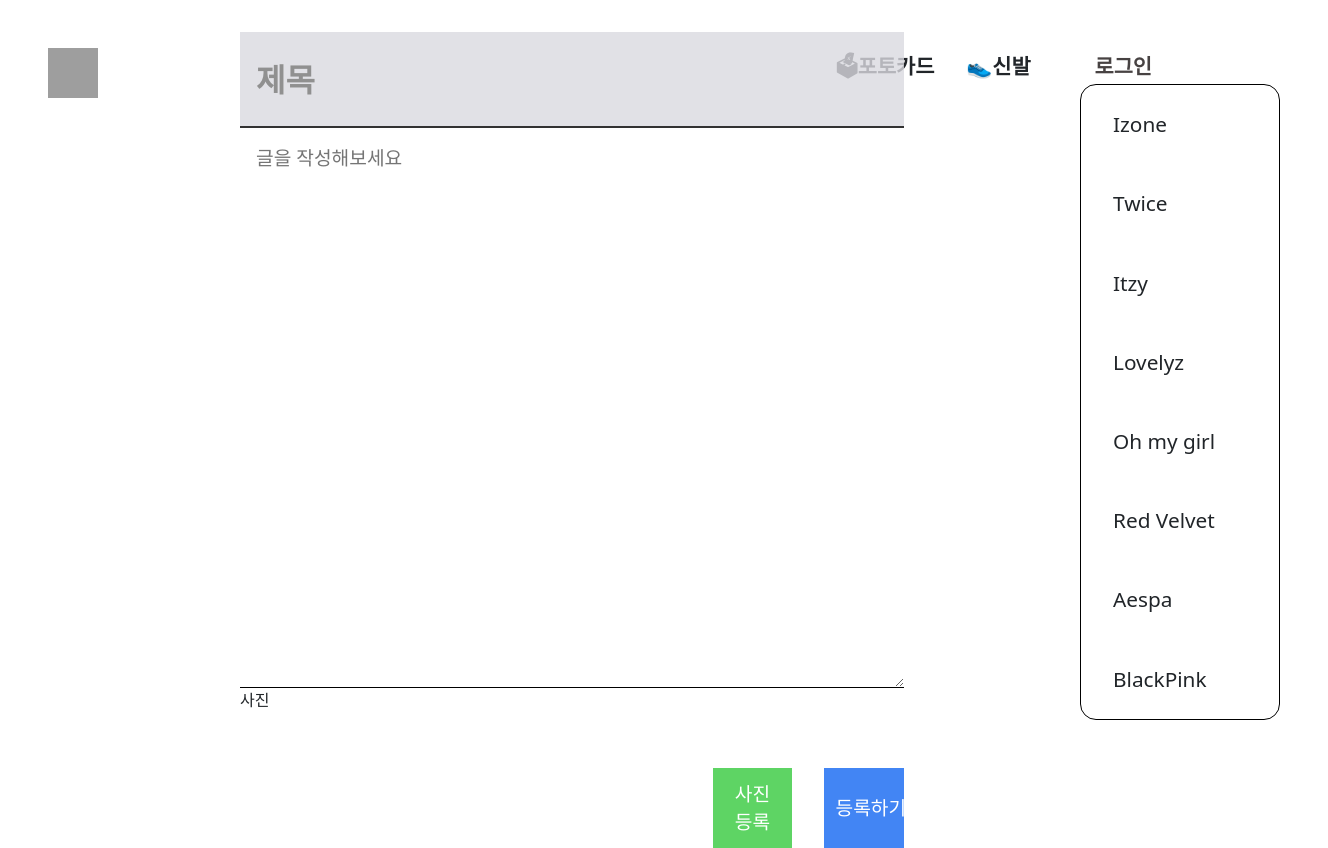
Repository: hwangstar156/goods-trader
Page: /write
These files come from the project's save history. The page is drawn as it stood at one moment and after the next save; the edit follows.
The browser window is 1280 px wide. The page is 1328 px wide, so the pictures cover 1328 px, including what lies to the right of the window. The pictures show the whole page.
Pictures or frames that could not be fetched are drawn as grey boxes. Some web libraries are served in a nearby version. The project was rebuilt for these pictures with package versions that can differ from the ones it lists, and the page was loaded fresh each time. Also part of the build but not shown: src/App.css, src/component/sign-up/sign-up.component.jsx, src/component/sign-in/sign-in.styles.scss, src/component/sign-in/sign-in.component.jsx, src/component/with-spinner/withSpinner.styles.scss, src/component/with-spinner/withSpinner.component.jsx, src/pages/userprofile/userprofile.styles.scss, src/pages/userprofile/userprofile.pages.jsx and 6 more.

Above is the page before, as saved 2021-09-05 20:40:59.

### public/index.html
<!DOCTYPE html>
<html lang="en">
  <head>
    <meta charset="utf-8" />
    <link rel="icon" href="%PUBLIC_URL%/favicon.ico" />
    <meta name="viewport" content="width=device-width, initial-scale=1" />
    <meta name="theme-color" content="#000000" />
    <meta
      name="description"
      content="Web site created using create-react-app"
    />
    <link rel="apple-touch-icon" href="%PUBLIC_URL%/logo192.png" />

    <link rel="manifest" href="%PUBLIC_URL%/manifest.json" />
    <script src="https://kit.fontawesome.com/08c91e1c0e.js" crossorigin="anonymous"></script>
    <title>Goods trader</title>
  </head>
  <body>
    <div id="root"></div>
  </body>
</html>

### src/index.js
import React from "react";
import ReactDOM from "react-dom";
import "./index.css";
import App from "./App";
import reportWebVitals from "./reportWebVitals";
import { BrowserRouter } from "react-router-dom";
import { PersistGate } from "redux-persist/integration/react";
import { store, persistor } from "./redux/store";
import { Provider } from "react-redux";
import "bootstrap/dist/css/bootstrap.min.css";
ReactDOM.render(
  <Provider store={store}>
    <BrowserRouter>
      <PersistGate persistor={persistor}>
        <App />
      </PersistGate>
    </BrowserRouter>
  </Provider>,

  document.getElementById("root")
);

// If you want to start measuring performance in your app, pass a function
// to log results (for example: reportWebVitals(console.log))
// or send to an analytics endpoint. Learn more: https://bit.ly/CRA-vitals
reportWebVitals();

### src/App.js
import "./App.css";
import { Switch, Route, Redirect } from "react-router-dom";
import SignUpPage from "./component/sign-up/sign-up.component";
import SignInPage from "./component/sign-in/sign-in.component";
import UserProfileContainer from "./pages/userprofile/userprofile.container";
import React, { useEffect } from "react";
import Header from "./component/header/header.component";
import HomePage from "./pages/homepage.component";
import { useDispatch, useSelector } from "react-redux";
import { selectCurrentUser } from "./redux/user/user.selector";
import { checkUserSession } from "./redux/user/user.action";
import WritePage from "./pages/write/write.pages";
const App = () => {
  const currentUser = useSelector(selectCurrentUser);
  const dispatch = useDispatch();

  useEffect(() => {
    dispatch(checkUserSession());
  }, [dispatch]);
  return (
    <>
      <Header />
      <Switch>
        <Route exact path="/" render={() => <HomePage />} />
        <Route exact path="/signup" component={SignUpPage} />
        <Route
          exact
          path="/signin"
          render={() => (currentUser ? <Redirect to="/" /> : <SignInPage />)}
        />
        <Route exact path="/profile" component={UserProfileContainer}></Route>
        <Route exact path="/write" component={WritePage}></Route>
      </Switch>
    </>
  );
};

export default App;

### src/redux/store.js
import { createStore, applyMiddleware } from "redux";
import logger from "redux-logger";
import { persistStore } from "redux-persist";
import rootReducer from "./root-redux";
import { composeWithDevTools } from "redux-devtools-extension";
import createSagaMiddleware from "redux-saga";
import rootSaga from "./root-saga";

const sagaMiddleware = createSagaMiddleware();
const middlewares = [logger, sagaMiddleware];

const store = createStore(
  rootReducer,
  composeWithDevTools(applyMiddleware(...middlewares))
);
sagaMiddleware.run(rootSaga);
const persistor = persistStore(store);

export { store, persistor };

### src/pages/userprofile/userprofile.container.jsx
import WithSpinner from "../../component/with-spinner/withSpinner.component";
import UserProfilePage from "./userprofile.pages";
import { compose } from "redux";
import { connect } from "react-redux";
import { createStructuredSelector } from "reselect";
import { selectUserFetching } from "../../redux/user/user.selector";

const mapStateToProps = createStructuredSelector({
  isLoading: selectUserFetching,
});

const UserProfileContainer = compose(
  connect(mapStateToProps),
  WithSpinner
)(UserProfilePage);

export default UserProfileContainer;

### src/component/header/header.component.jsx
import React from "react";
import ProfileIcon from "../userprofile/profileicon.component";
import { Link, useHistory } from "react-router-dom";
import "./header.styles.scss";
import { useSelector } from "react-redux";
import {
  selectCurrentUser,
  selectUserLoggedIn,
} from "../../redux/user/user.selector";

const Header = () => {
  const currentUser = useSelector(selectCurrentUser);
  const isLoggedIn = useSelector(selectUserLoggedIn);
  const history = useHistory();
  const handleLogoClick = () => {
    history.push("/");
  };

  return (
    <>
      <div className="header-container">
        <div className="logo" onClick={handleLogoClick}>
          <img
            src="https://www.freepnglogos.com/uploads/logo-website-png/logo-website-file-globe-icon-svg-wikimedia-commons-21.png"
            alt=""
            className="logo-img"
          />
        </div>
        <div className="header-element">
          {isLoggedIn ? (
            <Link className="header-write" to="/write">
              📝글쓰기
            </Link>
          ) : null}

          <div className="header-photocard">🗳포토카드</div>
          <div className="header-sneakers">👟신발</div>
          {currentUser ? (
            <ProfileIcon />
          ) : (
            <Link to="/signin" className="sign-in-btn">
              로그인
            </Link>
          )}
        </div>
      </div>
    </>
  );
};

export default Header;

### src/redux/user/user.selector.js
import { createSelector } from "reselect";

const selectUser = (state) => state.user;

export const selectCurrentUser = createSelector(
  [selectUser],
  (user) => user.currentUser
);

export const selectUserError = createSelector(
  [selectUser],
  (user) => user.error
);

export const selectUserFetching = createSelector(
  [selectUser],
  (user) => user.isFetching
);

export const selectUserLoggedIn = createSelector(
  [selectUser],
  (user) => user.isLoggedIn
);

### src/pages/write/write.pages.jsx
import React from "react";
import { useState } from "react";
import { useSelector } from "react-redux";
import { firestore, storageRef } from "../../firebase/firebase.utils";
import { selectCurrentUser } from "../../redux/user/user.selector";
import { v4 as uuidv4 } from "uuid";
import { useRef } from "react";
import MenuAside from "../../component/menu-aside/menu-aside.component";
import "github-markdown-css";
import "./write.styles.scss";
import { selectIdols } from "../../redux/idol/idol.selector";
import resizeImage from "../userprofile/userprofile.utils";
const WritePage = () => {
  const imgRef = useRef(null);
  const inputRef = useRef(null);
  const currentUser = useSelector(selectCurrentUser);
  const idolCollection = useSelector(selectIdols);
  const [text, setText] = useState({
    headText: "",
    mainText: "",
  });
  const [boardId, setBoardId] = useState("");
  const [fileUrl, setFileUrl] = useState("");
  const [thumbnailUrl, setThumbnailUrl] = useState("");
  const { headText, mainText } = text;

  const onSubmit = async (e) => {
    e.preventDefault();

    const writing = {
      headText,
      mainText,
      createAt: Date.now(),
      fileUrl,
      thumbnailUrl,
      boardId,
    };
    firestore.collection("writings").add(writing);
    setText({
      ...text,
      headText: "",
      mainText: "",
    });
  };

  const onChangeTextInput = (e) => {
    const name = e.target.name;
    setText({
      ...text,
      [name]: e.target.value,
    });
  };

  const onChangeFiles = async (e) => {
    const theFile = e.target.files[0];
    if (!theFile) {
      return;
    }
    if (!theFile.type.match(/image.*/)) {
      return;
    }
    const fileRef = storageRef.child(`${currentUser.id}/${uuidv4()}`);
    const responce = await fileRef.put(theFile);
    const url = await responce.ref.getDownloadURL();
    const thumbnailConfig = {
      file: url,
      maxSize: 200,
    };
    resizeImage(thumbnailConfig)
      .then((resizedImage) => {
        setThumbnailUrl(resizedImage);
      })
      .catch((err) => console.log(err));

    const config = {
      file: url,
      maxSize: 524,
    };
    resizeImage(config)
      .then((resizedImage) => {
        setFileUrl(resizedImage);
      })
      .catch((err) => console.log(err));
  };

  const onChangeSelectIdol = (e) => {
    setBoardId(encodeURIComponent(e.target.value));
  };

  const onClickRealFileInput = () => {
    inputRef.current.click();
  };

  return (
    <div className="write-container">
      <form onSubmit={onSubmit} className="inputs-form">
        <div className="select-container">
          <label htmlFor="">게시판을 선택해주세요</label>
          <select
            name="idol"
            id="select-collection"
            onChange={onChangeSelectIdol}
            className="idol-selector"
          >
            {idolCollection.map(({ id, title }) => (
              <option key={id} value={title}>
                {title}
              </option>
            ))}
          </select>
        </div>

        <input
          type="text"
          name="headText"
          className="head-input"
          value={headText}
          placeholder="제목"
          onChange={onChangeTextInput}
        />
        <textarea
          type="text"
          placeholder="글을 작성해보세요"
          className="main-input"
          name="mainText"
          value={mainText}
          onChange={onChangeTextInput}
        />
        <input
          type="file"
          accept="image/*"
          onChange={onChangeFiles}
          className="file-input"
          ref={inputRef}
        />
        <div className="image-preview">
          <p>사진</p>
          <img src={thumbnailUrl} alt="" ref={imgRef} />
        </div>
        <footer className="footer-element">
          <button
            type="button"
            className="file-btn"
            onClick={onClickRealFileInput}
          >
            사진 등록
          </button>
          <input type="submit" className="submit-btn" value="등록하기" />
        </footer>
      </form>
      <MenuAside className="menu-aside" />
    </div>
  );
};

export default WritePage;

### src/redux/root-redux.js
import { combineReducers } from "redux";
import { persistReducer } from "redux-persist";
import storage from "redux-persist/lib/storage";
import idolReducer from "./idol/idol.reducer";
import userReducer from "./user/user.reducer";
const persistConfig = {
  key: "root",
  storage,
  whitelist: ["cart"],
};

const rootReducer = combineReducers({
  user: userReducer,
  idol: idolReducer,
});

export default persistReducer(persistConfig, rootReducer);

### src/redux/root-saga.js
import { all, call } from "redux-saga/effects";
import { userSagas } from "./user/user.saga";
export default function* rootSaga() {
  yield all([call(userSagas)]);
}

### src/component/sign-up/sign-up.styles.scss
@import url("https://fonts.googleapis.com/css2?family=Poppins&display=swap");
@import url("https://fonts.googleapis.com/css2?family=Jua&display=swap");

* {
  box-sizing: content-box;
  margin: 0;
}
.sign-up-page {
  width: 100%;
  height: 100vh;
  font-family: "Jua", sans-serif;
  & .form-input {
    display: flex;
    flex-direction: column;
    width: 35%;
    justify-content: center;
    margin: 0 auto;
    margin-top: 4rem;
    background-color: skyblue;
    padding: 3rem;
    border-radius: 1rem;

    & h3 {
      font-size: 2rem;
      text-align: center;
      color: black;
    }

    & .sign-up-input {
      margin-top: 2rem;
      height: 3rem;
      background-color: lightgray;
      border: 1px solid black;
      border-radius: 0.5rem;
      font-size: 1rem;
      letter-spacing: 0.1rem;
      padding-left: 1rem;
      &::placeholder {
        letter-spacing: normal;
        font-size: 80%;
        opacity: 1;
      }
    }
  }

  & .sign-up-title {
    display: flex;
    font-style: italic;
    padding-top: 3rem;
    font-size: 3em;

    color: tomato;
    justify-content: center;

    & strong {
      color: blue;
    }
  }

  & .submit-btn {
    width: 20%;
    margin: 4rem auto 0 auto;
    padding: 1rem;
    border-radius: 1.5rem;
    border: transparent;
    background-color: #4285f4;
    color: white;
    font-size: 1rem;

    &:hover {
      cursor: pointer;
      background-color: #357ae8;
    }
  }
}

### src/component/header/header.styles.scss
@import url("https://fonts.googleapis.com/css2?family=Jua&display=swap");

.header-container {
  display: flex;
  position: relative;
  left: 3rem;
  top: 3rem;
  & .logo-img {
    width: 50px;
    height: 50px;
    cursor: pointer;
  }

  & .header-element {
    display: flex;
    position: absolute;
    right: 11rem;
    font-size: 1.3rem;
    line-height: 40px;
    font-weight: 600;
    font-family: "Jua", sans-serif;

    & .header-write {
      text-decoration: none;
      color: rgb(71, 66, 66);
    }

    & .sign-in-btn {
      text-decoration: none;
      color: rgb(71, 66, 66);
    }
    & .header-write {
      margin-right: 2rem;
    }

    & .header-photocard {
      margin-right: 2rem;
    }

    & .header-sneakers {
      margin-right: 4rem;
    }
  }
}

### src/redux/user/user.types.js
export const UserActionTypes = {
  GOOGLE_SIGN_IN_START: "GOOGLE_SIGN_IN_START",
  EMAIL_SIGN_IN_START: "EMAIL_SIGN_IN_START",
  SIGN_IN_SUCCESS: "SIGN_IN_SUCCESS",
  SIGN_IN_FAILURE: "SIGN_IN_FAILURE",
  CHECK_USER_SESSION: "CHECK_USER_SESSION",
  SIGN_OUT_START: "SIGN_OUT_START",
  SIGN_OUT_SUCCESS: "SIGN_OUT_SUCCESS",
  SIGN_OUT_FAILURE: "SIGN_OUT_FAILURE",
  SIGN_UP_START: "SIGN_UP_START",
  SIGN_UP_SUCCESS: "SIGN_UP_SUCCESS",
  SIGN_UP_FAILURE: "SIGN_UP_FAILURE",
  CHANGE_USER_IMAGE: "CHANGE_USER_IMAGE",
  REFRESH_USER_START: "REFRESH_USER_START",
  REFRESH_USER_SUCCESS: "REFRESH_USER_REFRESH_USER_SUCCESS",
  REFRESH_USER_FAILURE: "REFRESH_USER_FAILURE",
};

### src/component/menu-aside/menu-aside.component.jsx
import React from "react";
import "./menu-aside.styles.scss";
const MenuAside = () => {
  return (
    <aside>
      <ul className="menu-aside">
        <li>Izone</li>
        <li>Twice</li>
        <li>Itzy</li>
        <li>Lovelyz</li>
        <li>Oh my girl</li>
        <li>Red Velvet</li>
        <li>Aespa</li>
        <li>BlackPink</li>
      </ul>
    </aside>
  );
};

export default MenuAside;

### src/pages/write/write.styles.scss
.write-container {
  height: 100vh;
  display: flex;
  justify-content: center;
  align-items: center;



  & .inputs-form {
    display: flex;
    flex-direction: column;
    margin-left: 15rem;
    margin-right: 6rem;
    width: 900px;
    position: relative;
    & .image-preview{
        background-repeat: no-repeat;
        background-position: center;
        background-size:contain;
    }

    & .select-container {
        display: flex;
        margin-bottom: 2rem;
        & label{
            font-size: 1.2rem;
            font-weight: 600;
            font-family: 'Segoe UI', Tahoma, Geneva, Verdana, sans-serif;

        }

    & .idol-selector{
        margin-left: 2rem;
        width: 15%;
        display: inline-block;
    }
    }

    & .head-input {
      height: 6rem;
      border: none;
      border-bottom: 2px solid black;
      background-color: rgb(218, 218, 224);
      opacity: 0.8;
      padding-left: 1rem;
      font-weight: 600;
      font-size: 2rem;
      &:focus {
        outline: none;
      }
    }

    & .main-input {
      border: none;
      border-bottom: 1px solid black;
      height: 35rem;
      padding: 1rem 0 0 1rem;
      font-size: 1.2rem;
      &:focus {
        outline: none;
      }
    }

     & .file-input{
         display: none;
     }
    & .footer-element{
        display: flex;
        & .file-btn{
            width: 12%;
            padding: 0.7rem;
            margin-left: auto;
            margin-top: 1rem;
            margin-right: 2rem;
            color: white;
            border: none;
            font-size: 1.2rem;
            background-color: #5ed464;
            &:hover{
                background-color: #45be4b;
            }
        }
        & .submit-btn{
            width: 12%;
            padding: 0.7rem;
            margin-top: 1rem;
            color: white;
            border: none;
            font-size: 1.2rem;
            background-color: #4285f4;
            &:hover{
                background-color: #357ae8;
            }
        }
    }
  }
}

### src/redux/idol/idol.selector.js
import { createSelector } from "reselect";

const selectIdol = (state) => state.idol;

export const selectIdols = createSelector(
  [selectIdol],
  (idol) => idol.sections
);

### src/pages/userprofile/userprofile.utils.js
const resizeImage = (settings) => {
  const file = settings.file;
  const maxSize = settings.maxSize;
  const image = new Image();
  const canvas = document.createElement("canvas");

  const resize = () => {
    let width = image.width;
    let height = image.height;
    if (width > height) {
      if (width > maxSize) {
        height *= maxSize / width;
        width = maxSize;
      }
    } else {
      if (height > maxSize) {
        width *= maxSize / height;
        height = maxSize;
      }
    }
    canvas.width = width;
    canvas.height = height;
    canvas.getContext("2d").drawImage(image, 0, 0, width, height);
    const dataUrl = canvas.toDataURL("image/jpeg");
    return dataUrl;
  };

  return new Promise((ok, no) => {
    image.onload = () => {
      return ok(resize());
    };
    image.src = file;
    image.crossOrigin = "Anonymous";
  });
};

export default resizeImage;

### src/redux/idol/idol.reducer.js
import idolData from "./idol.data";
import IdolTypeActions from "./idol.type";
const idolReducer = (state = idolData, action) => {
  switch (action.type) {
    case IdolTypeActions.CHANGE_IMAGE_SIZE:
      return {
        ...state,
        imageUrl: action.payload,
      };
    default:
      return state;
  }
};

export default idolReducer;

### src/redux/user/user.reducer.js
import { UserActionTypes } from "./user.types";

const INITIAL_STATE = {
  currentUser: null,
  error: null,
  isFetching: true,
  isLoggedIn: false,
};

const userReducer = (state = INITIAL_STATE, action) => {
  switch (action.type) {
    case UserActionTypes.REFRESH_USER_START:
    case UserActionTypes.CHECK_USER_SESSION:
      return {
        ...state,
        isFetching: true,
      };
    case UserActionTypes.REFRESH_USER_SUCCESS:
    case UserActionTypes.SIGN_IN_SUCCESS:
      return {
        ...state,
        currentUser: action.payload,
        error: null,
        isFetching: false,
        isLoggedIn: true,
      };
    case UserActionTypes.SIGN_OUT_SUCCESS:
      return {
        ...state,
        currentUser: null,
        error: null,
        isLoggedIn: false,
      };
    case UserActionTypes.REFRESH_USER_FAILURE:
    case UserActionTypes.SIGN_IN_FAILURE:
    case UserActionTypes.SIGN_OUT_FAILURE:
    case UserActionTypes.SIGN_UP_FAILURE:
      return {
        ...state,
        error: action.payload,
      };
    default:
      return state;
  }
};

export default userReducer;

### src/component/menu-aside/menu-aside.styles.scss
.menu-aside {
    list-style: none;
    min-width: 200px;
    margin-left: 5rem;
    border-radius: 1rem;
    border: 1px solid black;
    padding-left: 0;

    & li {
        margin-left: 0;
      padding: 1.5rem 0 1.5rem 2rem;
      font-size: 1.3rem;
      border-radius: 1rem;
      &:hover{
          background-color: rgb(169, 169, 255);
          color: white;
        cursor:pointer;
      }
    }
  }

### src/redux/idol/idol.data.js
const idolData = {
  sections: [
    {
      title: "아이즈원",
      imageUrl:
        "https://data.ygosu.com/editor/attach/20190226/20190226183618_zltermyq.png",
      id: 1,
      linkUrl: "collection/izone",
    },
    {
      title: "트와이스",
      imageUrl: "https://pbs.twimg.com/media/Cy3Wj-5UAAAnKhC.jpg",
      id: 2,
      linkUrl: "collection/twice",
    },
    {
      title: "itzy",
      imageUrl: "https://t1.daumcdn.net/cfile/tistory/998490455C7ABBF703",
      id: 3,
      linkUrl: "collection/itzy",
    },
    {
      title: "러블리즈",
      imageUrl: "https://pbs.twimg.com/media/DNoNIHMUEAAQRai.jpg:large",
      id: 4,
      linkUrl: "collection/lovelyz",
    },
    {
      title: "오마이걸",
      imageUrl:
        "https://blog.kakaocdn.net/dn/tegj9/btqyuFpCiAj/KCKVi3ABV1KA1duQLSm1c1/img.jpg",
      id: 5,
      linkUrl: "collection/omygirl",
    },
    {
      title: "레드벨벳",
      imageUrl:
        "https://blog.kakaocdn.net/dn/bvtVxD/btqMfhWcXgE/anTtVfo6r12XiVNOLuhlkK/img.png",
      id: 6,
      linkUrl: "collection/redvelvet",
    },
    {
      title: "에스파",
      imageUrl: "https://pbs.twimg.com/media/Er64LL-VQAA708Y.jpg",
      id: 7,
      linkUrl: "collection/aespa",
    },
    {
      title: "블랙핑크",
      imageUrl:
        "https://www.wallpapertip.com/wmimgs/96-966442_blackpink-hd.jpg",
      id: 8,
      linkUrl: "collection/blackpink",
    },
  ],
};

export default idolData;

### src/redux/idol/idol.type.js
const IdolTypeActions = {
  CHANGE_IMAGE_SIZE: "CHANGE_IMAGE_SIZE",
};

export default IdolTypeActions;

### src/menu-item/menu-item.styles.scss
* {
  box-sizing: content-box;
  margin: 0;
}

.menu-item {
  overflow: hidden;
  min-width: 30%;
  &:hover {
    cursor: pointer;

    & .background-image {
      transform: scale(1.04);
      transition: transform 2s cubic-bezier(0.25, 0.45, 0.45, 0.95);

      & .content {
        opacity: 0.9;
      }
    }
  }
  & .background-image {
    position: relative;
    height: 700px;

    background-size: cover;
    background-repeat: no-repeat;
    background-position: center;

    & .content {
      position: absolute;
      width: 7.5rem;
      height: 7.5rem;
      display: flex;
      flex-direction: column;
      align-items: center;
      justify-content: center;
      border: 1px solid black;
      top: 50%;
      left: 50%;
      background-color: white;
      opacity: 0.7;
      transform: translate(-50%, -50%);
      border-radius: 0.5rem;
      & .title {
        font-weight: bold;
        margin: 0 3px 0;
        font-size: 20px;
        color: #4a4a4a;
        font-family: sans-serif;
      }
    }
  }
}

Loaded but not shown: src/index.css (common file); src/reportWebVitals.js (common file); src/redux/user/user.saga.js (119 lines, source omitted); src/firebase/firebase.utils.js (87 lines, source omitted); src/redux/user/user.action.js (66 lines, source omitted)

After the next save:
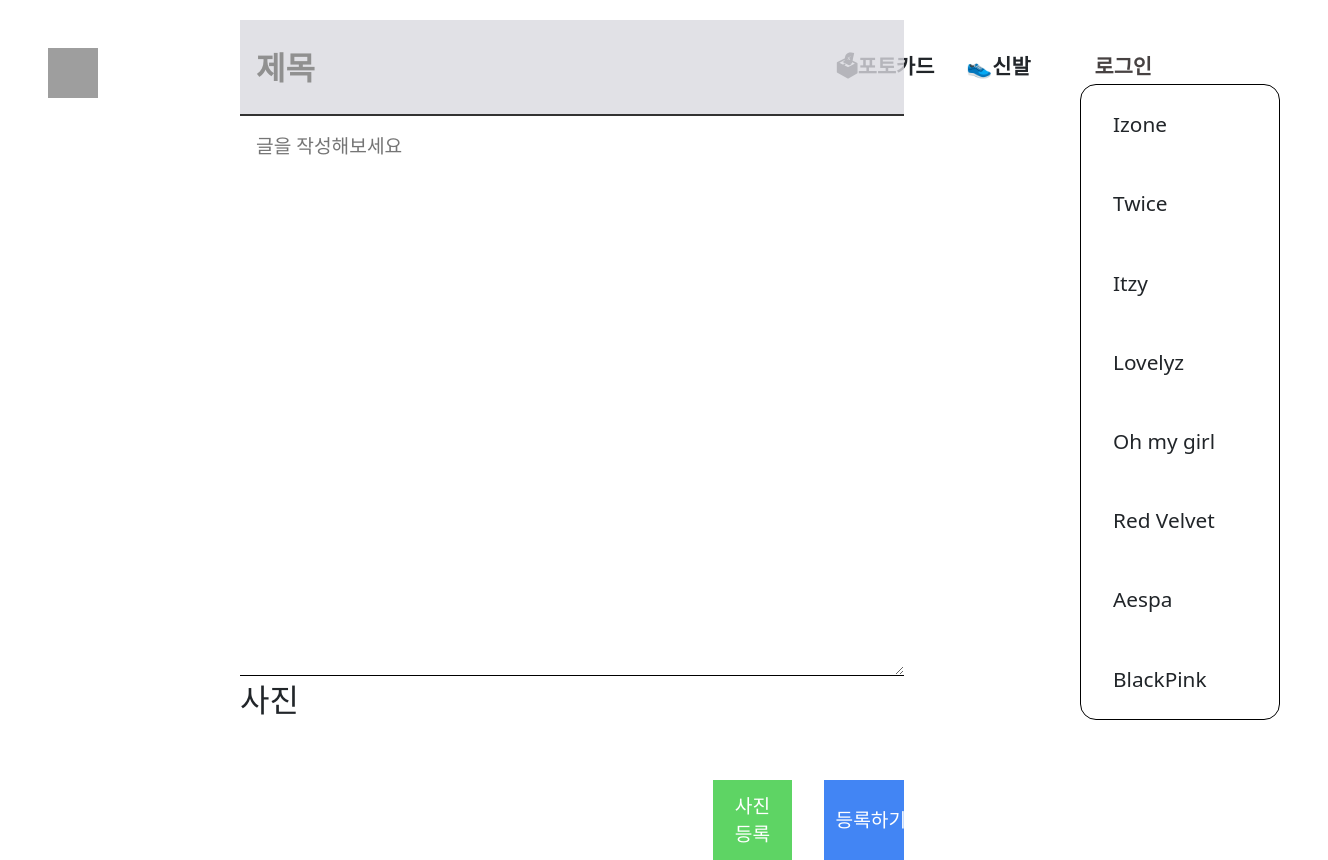
Saved 17 s later.
--- a/src/pages/write/write.styles.scss
+++ b/src/pages/write/write.styles.scss
@@ -17,6 +17,9 @@
         background-repeat: no-repeat;
         background-position: center;
         background-size:contain;
+        & p{
+            font-size: 2rem;
+        }
     }
 
     & .select-container {
